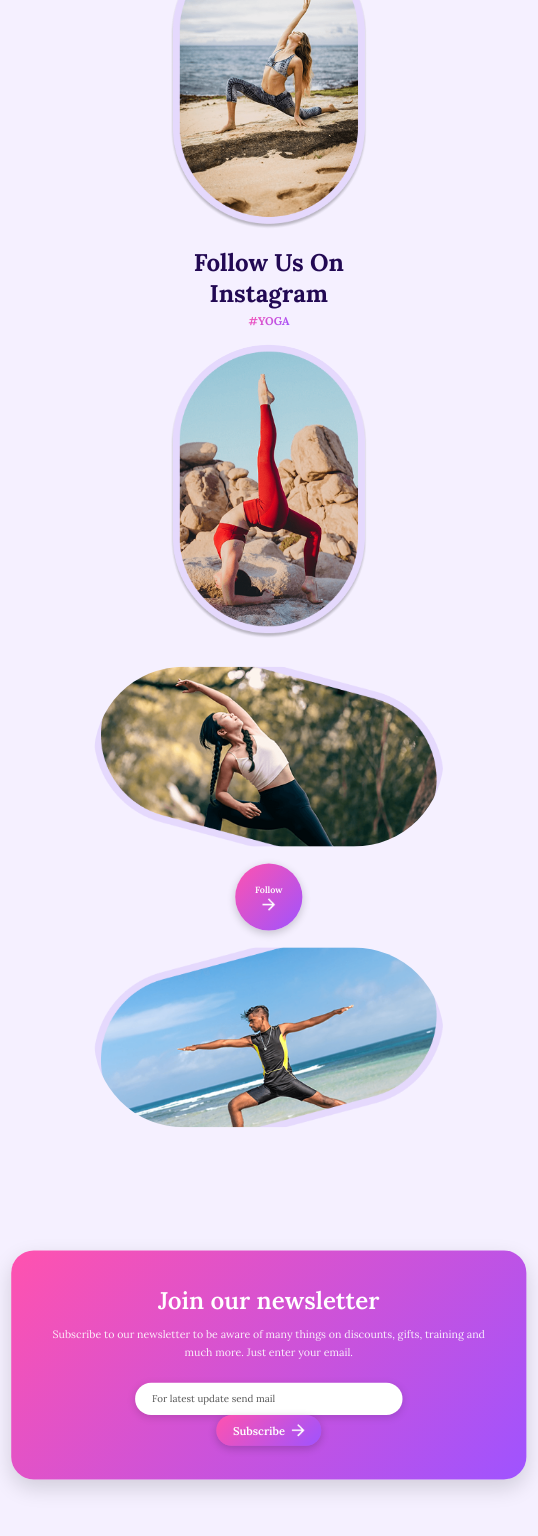
Repository: EunsuhJeon/responsive-yoga-website
Page: index.html
An editor plug-in stored every save of this project. The page is shown before and after the next save, followed by the edit.
The browser window is 768 px wide. The pictures show the part of the page from y = 1488 to 3728 px (the page is 3682 px tall before and 3728 px after), at 70% of full size.

Above is the page before, as saved 2025-11-26 01:06:49.

After the next save:
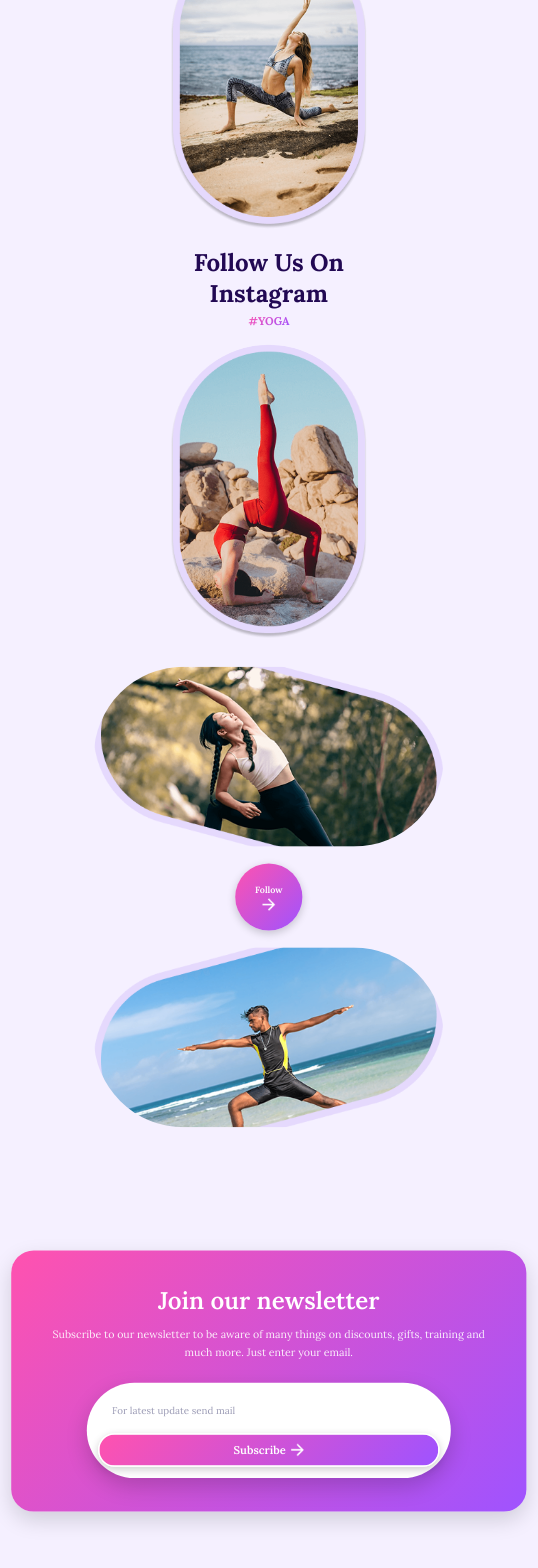
Saved 31 s later.
--- a/main.css
+++ b/main.css
@@ -359,18 +359,18 @@ button:active,
 
 .newsletter-box {
   width: 100%;
-  background: var(--btn-gradient); /* usa tu gradiente rosa–violeta */
+  background: var(--btn-gradient); /* tu gradiente rosa-violeta */
   padding: 60px 40px;
   border-radius: 32px;
   text-align: center;
-  color: white;
+  color: #ffffff;
   box-shadow: 0 12px 30px rgba(0, 0, 0, 0.15);
 }
 
 .newsletter-title {
   font-size: clamp(2rem, 2.4vw + 1rem, 2.8rem);
+  font-weight: 600;
   margin-bottom: 16px;
-  font-weight: 600;
 }
 
 .newsletter-subtitle {
@@ -381,39 +381,52 @@ button:active,
   opacity: 0.9;
 }
 
-/* form */
+/* ---------- Formulario ---------- */
+
 .newsletter-form {
   display: flex;
-  align-items: center;
   justify-content: center;
-  gap: 12px;
-  flex-wrap: wrap;
-}
-
+}
+
+.newsletter-input-wrapper {
+  display: flex;
+  align-items: center;
+  background: #ffffff;
+  border-radius: 999px;
+  padding: 4px;
+  max-width: 520px;
+  width: 100%;
+  box-shadow: 0 12px 30px rgba(0, 0, 0, 0.18);
+}
+
+/* input */
 .newsletter-input {
-  width: 320px;
-  max-width: 80%;
-  padding: 14px 24px;
-  border-radius: 32px;
+  flex: 1;
   border: none;
+  outline: none;
+  padding: 14px 20px;
   font-size: 14px;
-  outline: none;
-  box-shadow: 0 3px 12px rgba(0, 0, 0, 0.15);
+  border-radius: 999px;
+  background: transparent;
+  color: #333;
 }
 
 .newsletter-input::placeholder {
-  color: #555;
-}
-
+  color: #9b9bb5;
+}
+
+/* botón */
 .newsletter-btn {
   display: inline-flex;
   align-items: center;
-  gap: 10px;
+  gap: 8px;
   padding: 12px 24px;
-  border-radius: 32px;
+  border-radius: 999px;
   background: var(--btn-gradient);
   color: var(--btn-text);
+  border: 2px solid #ffffff;
   box-shadow: var(--btn-shadow);
+  flex-shrink: 0;
 }
 
 .newsletter-btn .btn-icon {
@@ -421,21 +434,24 @@ button:active,
   height: 18px;
 }
 
-/* -------- Responsive -------- */
+/* ---------- Responsive ---------- */
 
 @media (max-width: 768px) {
+
   .newsletter-box {
     padding: 48px 24px;
   }
 
-  .newsletter-form {
+  .newsletter-input-wrapper {
     flex-direction: column;
-    gap: 16px;
-  }
-
-  .newsletter-input {
+    align-items: stretch;
+    gap: 10px;
+    padding: 16px;
+  }
+
+  .newsletter-btn {
     width: 100%;
-    max-width: 100%;
+    justify-content: center;
   }
 }
 
